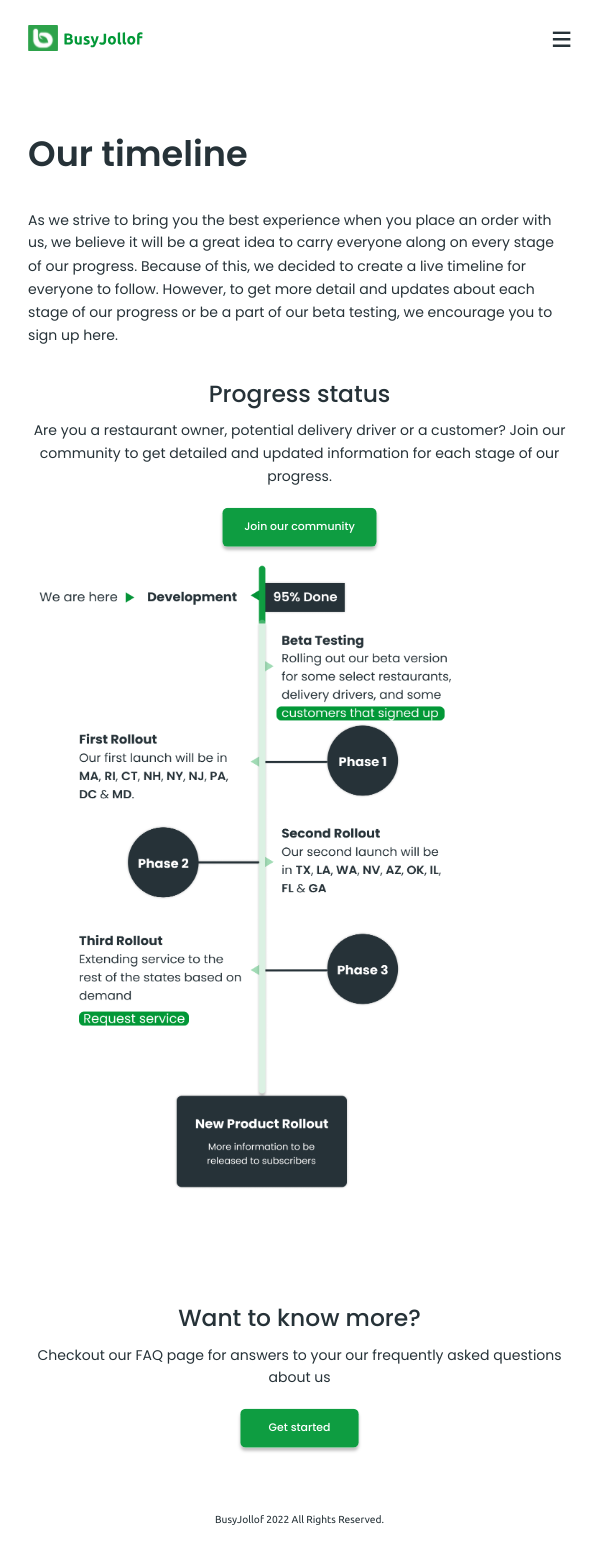
Repository: Busy-Jollof/bjuser-landing-page
Page: timeline.html
These files come from the project's save history. The page is drawn as it stood at one moment and after the next save; the edit follows.
The browser window is 768 px wide. The pictures show the whole page, at 78% of full size.

Above is the page before, as saved 2023-02-05 18:25:18.

### timeline.html
<!DOCTYPE html>
<html lang="en">
  <head>
    <!-- Required meta tags -->
    <meta charset="utf-8" />
    <meta name="viewport" content="width=device-width, initial-scale=1" />

    <!-- Bootstrap CSS -->
    <link href="assets/css/bootstrap.min.css" rel="stylesheet" />
    <link href="assets/css/all.min.css" rel="stylesheet" />
    <link href="assets/css/fontawesome.css" rel="stylesheet" />
    <link href="assets/css/style.css" rel="stylesheet" />
    <link href="assets/css/responsive.css" rel="stylesheet" />

    <title>BusyJollof - Timeline</title>
  </head>

  <body>
    <!--------- Offcanvas area start --------->
    <div class="offcanvas-area">
      <div class="menu-close">
        <i class="far fa-times"></i>
      </div>
      <div class="offcanvas-menu">
        <div class="main-menu">
          <ul class="d-block">
            <li><a href="index.html">Home</a></li>
            <li><a href="about.html">About us</a></li>
            <li><a href="timeline.html" class="active">Our timeline</a></li>
            <li><a href="launch.html">Launch with us</a></li>
            <li><a href="contact.html">Contact us</a></li>
          </ul>
        </div>
      </div>
    </div>

    <div class="offcanvas-overlay"></div>
    <!--------- Offcanvas area end --------->

    <!--------- Header area start --------->
    <header class="header">
      <div class="container d-flex justify-content-between align-items-center">
        <div class="header__logo">
          <a href="index.html"><img src="assets/img/logo.svg" alt="" /></a>
        </div>
        <nav class="header__nav d-none d-lg-block">
          <ul class="m-0 p-0 d-flex align-items-center justify-content-end">
            <li><a href="index.html">Home</a></li>
            <li><a href="about.html">About us</a></li>
            <li><a href="timeline.html" class="active">Our timeline</a></li>
            <li><a href="launch.html">Launch with us</a></li>
            <li><a href="contact.html">Contact us</a></li>
          </ul>
        </nav>
        <!-- mobile-bar -->
        <div class="mobo-bar d-lg-none">
          <span class="bar">
            <img src="assets/img/bar.svg" alt="" />
          </span>
        </div>
        <!-- mobile-bar-end -->
      </div>
    </header>
    <!--------- Header area end --------->

    <!--------- Main area start --------->
    <main class="main">
      <!--------- Timeline area start --------->
      <section class="timeline--area content__area">
        <div class="container">
          <div class="content">
            <h3>Our timeline</h3>
            <p>
              As we strive to bring you the best experience when you place an
              order with us, we believe it will be a great idea to carry
              everyone along on every stage of our progress. Because of this, we
              decided to create a live timeline for everyone to follow. However,
              to get more detail and updates about each stage of our progress or
              be a part of our beta testing, we encourage you to sign up here.
            </p>
            <div class="content text-center pt-4">
              <h4>Progress status</h4>
              <div class="row justify-content-center">
                <div class="col-lg-9">
                  <p>
                    Are you a restaurant owner, potential delivery driver or a
                    customer? Join our community to get detailed and updated
                    information for each stage of our progress.
                  </p>
                </div>
              </div>
              <div class="content-btn">
                <a href="" class="common-btn">Join our community</a>
              </div>
            </div>

            <div class="timline-wrapper py-lg-5 py-4">
              <div
                class="
                  timeline-wrapp
                  d-flex
                  align-items-center
                  justify-content-center
                "
              >
                <img
                  src="assets/img/timeline-desktop2.png"
                  class="img-fluid d-none d-md-block"
                  alt=""
                />
                <img
                  src="assets/img/timeline-mobo.png"
                  class="img-fluid d-md-none"
                  alt=""
                />
              </div>
              <!-- timeline-item -->
              <!-- <div class="timeline-item">
                            <div class="timeline-content">
                                <p>First Rollout</p>
                                <p>Our first launch will be in <strong>MA, RI, CT, NH, NY, NJ, PA, DC & MD</strong>. <span class="mark">marktext</span> </p>
                            </div>
                            <div class="timeline-ind">
                                <span class="ind-line"></span>
                                <div class="ind-circle">
                                    Phase 1
                                </div>
                            </div>
                        </div> -->
              <!-- timeline-item-end -->
            </div>
          </div>
        </div>
      </section>
      <!--------- Timeline area end --------->

      <!--------- CTA area start --------->
      <section class="cta__area">
        <div class="container">
          <div class="content text-center">
            <h4>Want to know more?</h4>
            <p>
              Checkout our FAQ page for answers to your our frequently asked
              questions about us
            </p>
            <div class="content-btn">
              <a href="" class="common-btn"
                ><span class="px-2">Get started</span></a
              >
            </div>
          </div>
        </div>
      </section>
      <!--------- CTA area end --------->
    </main>
    <!--------- Main area end --------->

    <!--------- Footer area start --------->
    <footer class="footer">
      <div class="container">
        <div class="copyright">BusyJollof 2022 All Rights Reserved.</div>
      </div>
    </footer>
    <!--------- Footer area end --------->

    <script src="assets/js/jquery.min.js"></script>
    <script src="assets/js/bootstrap.min.js"></script>
    <script src="assets/js/popper.js"></script>
    <script src="assets/js/main.js"></script>
    <script></script>
  </body>
</html>

### assets/css/style.css
/* Base CSS */
@import url('https://fonts.googleapis.com/css2?family=Poppins:wght@300;400;500;600;700&family=Ubuntu:wght@300;400;500;700&display=swap');

.alignleft {
    float: left;
    margin-right: 15px;
}

.alignright {
    float: right;
    margin-left: 15px;
}

.aligncenter {
    display: block;
    margin: 0 auto 15px;
}

a:focus {
    outline: 0 solid
}

img {
    max-width: 100%;
    height: auto;
}

h1, h2, h3, h4, h5, h6 {
    margin: 0 0 15px;
    color: #263238;
    font-family: 'Ubuntu', sans-serif;
}

body {
    color: #263238;
    font-weight: 400;
    font-size: 18px;
    font-family: 'Poppins', sans-serif;
}

.selector-for-some-widget {
    box-sizing: content-box;
}

a:hover {
    text-decoration: none
}


/*---------------------- Header area start ----------------------*/

.menu-close {
    font-size: 22px;
    color: #3d424e;
    position: absolute;
    top: 18px;
    left: 19px;
    cursor: pointer;
    transition: .4s;
    display: none;
}

.menu-close:hover {
    color: #2AB66A;
}

.offcanvas-area {
    position: fixed;
    right: -100%;
    height: auto;
    width: 255px;
    background: #EBEBEB;
    z-index: 6;
    padding-top: 35px;
    -webkit-transition: .4s;
    transition: .4s;
    visibility: hidden;
    padding: 35px 35px 88px;
    border-radius: 4px;
}

.offcanvas-area.active {
    right: 0px;
    visibility: visible;
}

.offcanvas-area .main-menu ul li a {
    font-weight: 500;
    font-size: 15px;
    line-height: 22px;
    color: #263238;
    text-decoration: none;
    padding: 11px 0px;
    display: block;
}

.offcanvas-area .main-menu ul li a:hover, .offcanvas-area .main-menu ul li a[aria-expanded="true"] {
    color: #2AB66A;
}

.offcanvas-menu .main-menu ul {
    display: block;
    padding-left: 0;
    margin: 0;
    padding: 0;
    list-style: none;
}

.offcanvas-overlay {
    position: fixed;
    width: 100%;
    height: 100%;
    background-color: #000;
    opacity: 0;
    visibility: hidden;
    -webkit-transition: .4s;
    transition: .4s;
    z-index: 5;
}

.offcanvas-overlay.active {
    opacity: .9;
    visibility: visible;
}

.menu-open {
    font-size: 27px;
    color: #2AB66A;
    display: none;
    cursor: pointer;
    position: relative;
    top: 2px;
    margin-left: 20px;
    margin-right: 8px;
}

.offcanvas-menu .common-btn {
    font-size: 17px;
    padding: 9px 30px;
    border-radius: 12px;
}

.subb-menu {
    padding-left: 10px;
}

.offcanvas-area .main-menu .subb-menu a {
    font-size: 16px;
    margin: 0px;
    padding-left: 10px;
    margin-left: 26px;
    margin-bottom: 10px;
}

.offcanvas-area .main-menu .subb-menu a:last-child {
    margin-bottom: 20px;
}

.header {
    position: relative;
    padding: 32px 0;
    background: #fff;
    transition: .3s;
    z-index: 111;
}

.header__nav ul {
    list-style: none;
}

.header__nav ul li a {
    padding: 11px 20px;
    font-family: 'Poppins';
    font-style: normal;
    font-weight: 500;
    font-size: 14px;
    line-height: 1.13;
    text-align: center;
    transition: .3s;
    color: #000000;
    text-decoration: none;
    display: inline-block;
    margin-left: 12px;
    border-radius: 7px;
}

.header__nav ul li a.active {
    color: #fff !important;
    background: #029837f2;
}

.header__nav ul li a:hover {
    color: #029837f2;
}

/*---------------------- Header area end ----------------------*/


/*---------------------- Hero area start ----------------------*/
.hero__wrapper {
    background: #263238;
    box-shadow: 0px 4px 4px rgba(0, 0, 0, 0.25);
    border-radius: 7px;
    color: #fff;
    overflow: hidden;
}

.hero__thumb {
    height: 100%;
}

.hero__thumb img {
    width: 100%;
    height: 100%;
    object-fit: cover;
    border-radius: 0 7px 7px 0;
}

.hero__wrapper .col-lg-5 {
    max-width: 47%;
    width: 47%;
}

.hero__wrapper .col-lg-7 {
    max-width: 53%;
    width: 53%;
}

.hero__content {
    max-width: 504px;
    margin: 0 auto;
}

.hero__content__wrapper {
    height: 100%;
    display: flex;
    align-items: center;
    justify-content: center;
}

.hero__content h6 {
    font-family: 'Poppins';
    font-style: normal;
    font-weight: 500;
    font-size: 18px;
    line-height: 1.1;
    text-align: start;
    color: #FFFFFF;
    margin-bottom: 9px;
}

.hero__content h2 {
    font-style: normal;
    font-weight: 700;
    font-size: 65px;
    line-height: 1;
    color: #FFFFFF;
    text-shadow: 0px 4px 4px rgba(0, 0, 0, 0.25);
    margin-bottom: 12px;
}

.hero__content h3 {
    font-family: 'Poppins';
    font-style: normal;
    font-weight: 600;
    font-size: 32px;
    line-height: 1.1;
    color: #E6E6E6;
    margin-bottom: 10px;
}

.hero__content h6 span {
    margin-right: 5px;
    position: relative;
    top: -1px;
}

.text-green {
    color: #029837F2 !important;
}

.text-yellow {
    color: #FE8200 !important;
}

.hero__content h5 {
    font-family: 'Poppins';
    font-style: normal;
    font-weight: 500;
    font-size: 20px;
    line-height: 1.2;
    color: #FFFFFF;
    margin-bottom: 32px;
}

.hero__content p {
    font-family: 'Poppins';
    font-style: normal;
    font-weight: 500;
    font-size: 14px;
    line-height: 21px;
    color: #FFFFFF;
    margin-bottom: 26px;
}

.common-btn {
    font-family: 'Poppins';
    font-style: normal;
    font-weight: 500;
    font-size: 14px;
    line-height: 1.13;
    text-align: center;
    color: #FFFFFF;
    transition: .3s;
    text-decoration: none;
    background: rgba(2, 152, 55, 0.95);
    box-shadow: 0px 4px 4px rgba(0, 0, 0, 0.25);
    border-radius: 7px;
    display: inline-block;
    padding: 15px 26px;
    border: 2px solid transparent;
}
.common-btn.common-btn-lg{
    font-size: 18px;
    font-weight: 600;
    padding: 14px 50px;
}

.common-btn.btn-bordered {
    background: #FFFFFF;
    border: 2px solid #029837f2;
    box-shadow: 0px 4px 4px rgba(0, 0, 0, 0.25);
    border-radius: 7px;
    color: #029837f2;
}

.common-btn:hover {
    background: #263238;
    color: #fff;
}

.common-btn.btn-bordered:hover {
    background-color: #029837f2;
    color: #fff;
}

.hero__btns a {
    margin-right: 19px;
}

.common-btn.hover-white:hover {
    background-color: #fff;
    color: #263238;
}

/*---------------------- Hero area end ----------------------*/


/*---------------------- Working area start ----------------------*/
.working__area {
    padding: 110px 0;
}

.working__wrapper {
    background: radial-gradient(12.31% 45.25% at 53.44% 54.75%, rgba(2, 53, 20, 0.2) 7.81%, rgba(2, 152, 55, 0.138) 100%);
    box-shadow: 0px 0px 4px rgba(0, 0, 0, 0.25);
    border-radius: 7px;
    margin-left: 15px;
}

.working__content {
    max-width: 430px;
}

.common-content h4 {
    font-family: 'Poppins';
    font-style: normal;
    font-weight: 600;
    font-size: 23px;
    line-height: 1.1;
    color: #263238;
    margin-bottom: 10px;
}

.common-content p {
    font-weight: 500;
    font-size: 13px;
    line-height: 20px;
    color: #263238;
}

.common-content-btn {
    padding-top: 11px;
}

.common-btn.btn-dark {
    background: #263238;
}

.common-btn.btn-dark:hover {
    background: #039337;
    color: #fff;
    border-color: #039337;
}

.working__thumb {
    position: relative;
    z-index: 1;
    margin-top: -30px;
    margin-bottom: -30px;
    margin-left: -14px;
}

/*---------------------- Working area end ----------------------*/


/*---------------------- Launch area start ----------------------*/
.launch__wrapper {
    background: radial-gradient(53.47% 53.47% at 50.04% 46.53%, #263238 18.75%, rgba(38, 47, 56, 0.921026) 77.06%, rgba(38, 45, 56, 0.86) 100%);
    box-shadow: 0px 0px 4px rgba(0, 0, 0, 0.25);
    border-radius: 7px;
    padding: 72px 19px;
}

.launch__content {
    max-width: 520px;
    margin-left: auto;
    margin-right: 30px;
}

label.form-label{
    font-weight: 600;
    font-size: 18px;
    line-height: 27px;
    color: #263238;
}
label.form-label sup{
    color: #029837F2;
    top: 0px;
}

.fw-medium{
    font-weight: 500 !important;
}
input.form-control{
    border: 2px solid #029837F2;
    border-radius: 3px;
    box-shadow: none !important;
}
textarea.form-control{
    border: 2px solid #029837F2;
    border-radius: 3px;
    box-shadow: none !important;
    resize: none;
}
textarea.form-control:focus{
    border-color: #029837F2;
}
input.form-control:focus{
    border-color: #029837F2;
}
.check-item input{
    display: none;
}
.check-item input:checked ~ label span.check-ind{
    background: #029837;
}
.check-item label{
    display: flex;
    align-items: center;
    cursor: pointer;
}
.check-item label span.check-ind{
    flex: 0 0 auto;
    width: 15px;
    height: 15px;
    background: #FFFFFF;
    border: 2px solid rgba(2, 152, 55, 0.95);
    border-radius: 4px;
    margin-right: 10px;
    position: relative;
}
.check-item label span.check-ind::after
.check-item label span.check-text{
    font-weight: 500;
    font-size: 15px;
    line-height: 22px;
}
.check-item label span.check-text sup img{
    max-width: 100%;
}




.launch__form p{
    font-size: 15px !important;
}
.launch__form p.small {
    font-size: 12px !important;
    line-height: 18px;
}
.launch__form h5{
    font-weight: 600;
    font-size: 20px;
    line-height: 30px;
}
.launch__form h5 sup{
    color: #029837F2;
}
.launch__form{
    margin-bottom: 60px;
}





/*---------------------- Launch area end ----------------------*/


/*---------------------- Newsletter area start ----------------------*/
.newsletter__wrapper {
    background: #029837;
    box-shadow: 0px 4px 4px rgba(0, 0, 0, 0.25);
    border-radius: 7px;
    padding: 60px 20px;
    text-align: center;
    max-width: 690px;
    margin: 0 auto;
}

.newsletter__area {
    padding-top: 80px;
    padding-bottom: 60px;
}

.newsletter__box {
    max-width: 405px;
    margin: 0 auto;
}

.newsletter__box h5 {
    font-weight: 500;
    font-size: 18px;
    line-height: 1.1;
    text-align: center;
    color: #FFFFFF;
    margin-bottom: 10px;
}

.newsletter__box p {
    font-weight: 400;
    font-size: 13px;
    line-height: 1.6;
    text-align: center;
    color: #FFFFFF;
    margin-bottom: 22px;
}

.newsletter__form {
    max-width: 332px;
    margin: 0 auto;
    display: flex;
    align-items: center;
    justify-content: center;
}

.newsletter__form input {
    background: #DADADA;
    border-radius: 7px 0px 0px 7px;
    padding: 5px 15px;
    border: 0;
    outline: none;
    height: 42px;
    width: 100%;
    font-style: normal;
    font-weight: 400;
    font-size: 12px;
    line-height: 15px;
}

.newsletter__form .common-btn {
    font-weight: 500;
    font-size: 11px;
    line-height: 15px;
    height: 42px;
    border-radius: 0 5px 5px 0;
    padding: 0;
    width: 100px;
    border: 1px solid #263238 !important;
}

.newsletter__form .common-btn:hover {
    background: #dadada;
    color: #000;
}

/*---------------------- Newsletter area end ----------------------*/


/*---------------------- Content area start ----------------------*/
.content__area {
    padding: 75px 0;
}

.content h3 {
    font-family: 'Poppins';
    font-style: normal;
    font-weight: 600;
    font-size: 45px;
    line-height: 1.1;
    color: #263238;
    margin-bottom: 44px;
}

.content p {
    font-family: 'Poppins';
    font-style: normal;
    font-weight: 400;
    font-size: 18px;
    line-height: 1.65;
    color: #263238;
    margin-bottom: 20px;

    @media (max-width: 991px) {

    }
}

.about--area::after {
    clip-path: polygon(76% 0, 100% 66%, 68% 100%, 0 100%, 0 41%);
    position: absolute;
    bottom: 50px;
    left: 0;
    width: 100%;
    height: calc(100% - 120px);
    content: '';
    z-index: -1;
    background: rgba(2, 152, 55, 0.07);
    border-radius: 20px;
}

.about--area {
    position: relative;
    z-index: 1;
}

.content h4 {
    font-family: 'Poppins';
    font-style: normal;
    font-weight: 500;
    font-size: 30px;
    line-height: 1.1;
}

.content-btn {
    padding-top: 5px;
}

.cta__area {
    padding-top: 50px;
    padding-bottom: 140px;
}

.launch-icon {
    position: relative;
    max-width: 149px;
    margin-left: -75px;
    display: inline-block;
    top: -35px;
    height: 0;
    z-index: -1;
}

.faq__item h5 {
    font-family: 'Poppins';
    font-style: normal;
    font-weight: 700;
    font-size: 18px;
    line-height: 1.2;
    color: rgba(2, 152, 55, 0.95);
    margin-bottom: 10px;
}

.faq__item {
    padding-bottom: 15px;
}

.faq__item h5 span {
    color: #263238;
}

/*---------------------- Content area end ----------------------*/


/*---------------------- constat area start ----------------------*/
.contact-padding{
    padding: 40px 0px 150px;
}
.contact__wrapper h2{
    font-size: 45px;
    margin-bottom: 20px;
    font-family: 'Poppins';
    font-weight: 600;
}
.contact__wrapper p{
    font-size: 16px;
    font-weight: 500;
    margin-bottom: 20px;
}
.contact__form label.form-label{
    margin-bottom: 3px;
    font-size: 16px;

}
.contact__form .check-item label span.check-text{
    font-size: 15px;
    font-weight: 500;
}
.contact-inner {
    background-size: 64%;
    background-repeat: no-repeat;
    background-position: 113% 90px;
}
.contact-inner p.small{
    font-size: 12px;
    font-weight: 500;
}


/*---------------------- constat area end ----------------------*/





/*---------------------- Footer area start ----------------------*/
.footer {
    padding-bottom: 45px;
}

.copyright {

    font-family: 'Ubuntu';
    font-style: normal;
    font-weight: 400;
    font-size: 13.1125px;
    line-height: 14px;
    text-align: center;

    color: #263238;
}

/*---------------------- Footer area end ----------------------*/





/* -------------------------- timeline-start ------------------------------ */

.timline-wrapper{

}

.timeline-item{
    max-width: 500px;
    margin: 0 auto;
    display: flex;
    align-items: center;
}

.timeline-content{
    flex: 0 0 auto;
    width: 50%;
}
.timeline-ind{
    flex: 0 0 auto;
    width: 50%;
}


/* -------------------------- timeline-end ------------------------------ */

### assets/css/responsive.css
/* Normal desktop :1499px. */
@media (max-width: 1499px) {}

/* Normal desktop :1399px. */
@media (max-width: 1399px) {}

/* Normal desktop :1199px. */
@media (max-width: 1199px) {
.hero__content {
    max-width: 504px;
    margin: 0 auto;
    padding: 15px 20px;
}


}

/* Normal Tablate :991px. */
@media (max-width: 991px) {

    .hero__content {
        padding: 36px 20px;
    }
    .hero__content h2 {
        font-size: 40px;
    }
    .hero__content h3 {
        font-size: 22px;
    }
    .hero__content h6 {
        font-size: 14px;
    }
    .hero__content h6 span img {
        max-width: 20px;
    }
    .hero__wrapper .col-lg-5 {
        max-width: 40%;
        width: 40%;
    }
    .hero__wrapper .col-lg-7 {
        max-width: 60%;
        width: 60%;
    }

    .cta__area {
        padding-top: 50px;
        padding-bottom: 85px;
    }
    .contact-inner {
        background-image: none !important;
    }
    .contact-img {
        text-align: center;
    }
.contact-img img {
    max-width: 415px;
    margin: 0 auto;
    margin-left: -100px;
}


.content p {
    color red;
}



}

/* small mobile :320px. */
@media (max-width: 767px) {
.hero__wrapper .col-lg-7 {
    max-width: 100%;
    width: 100%;
}
.hero__wrapper .col-lg-5 {
    width: 40%;
    display: none;
}
.hero__content {
    padding: 99px 25px 80px;
}
.hero__wrapper {
    border-radius: 0px;
}
section.hero__area .container {
    padding: 0px 0px;
}

.hero__content h6 {
    font-size: 18px;
}
.hero__content h2 {
    font-size: 45px;
}
.hero__content h3 {
    font-size: 25px;
}
.hero__btns a {
    margin-right: 6px;
}
.working__area {
    padding: 0px;
}
section.working__area .container {
    padding: 0px;
}
.working__content {
    max-width: 100%;
    width: 100%;
}
.working__wrapper {
    border-radius: 0px;
    margin-left: 0px;
    background: #fff;
    box-shadow: none;
}
.working__thumb {
    max-width: 350px;
    margin: 0 auto;
    top: -40px;
}
.working__content {
    max-width: 100%;
    width: 100%;
    padding: 49px 30px 75px 30px;
    background: radial-gradient(42% 44.11% at 50% 50.14%, rgba(38, 50, 56, 0.2) 0%, rgba(2, 152, 55, 0.2) 83.85%);
}
section.launch__area .container {
    padding: 0px;
}
.launch__wrapper {
    background: radial-gradient(49.86% 49.86% at 52.78% 44.14%, rgba(38, 45, 56, 0.86) 0%, #263238 100%);
    box-shadow: 0px 0px 4px rgba(0, 0, 0, 0.25);
    border-radius: 0px;
    padding: 59px 36px 70px;
}
.launch__thumb {
    margin-bottom: 52px;
}
.newsletter__area {
    padding-top: 0px;
    padding-bottom: 40px;
}
section.newsletter__area .container {
    padding: 0px;
}
.newsletter__wrapper {
    border-radius: 0px;
}
.footer {
    padding-bottom: 34px;
}
.header {
    padding: 12px 0;
}
.content h3 {
    font-size: 27px;
    margin-bottom: 30px;
}
.content p {
    font-size: 14px;
    line-height: 21px;
    margin-bottom: 15px;
}
.content h4 {
    font-size: 20px;
}
.launch-icon {
    max-width: 66px;
    margin-left: -26px;
    top: -13px;
}
label.form-label {
    font-size: 16px;
    line-height: 20px;
    margin-bottom: 4px;
}
.launch__form p {
    font-size: 11px !important;
}
input.form-control.w-25 {
    width: 50% !important;
}
.launch__form h5 {
    font-size: 16px;
}
.check-item label span.check-text {
    font-size: 14px !important;
}
.launch__form {
    margin-bottom: 30px;
}
.faq__item h5 {
    font-size: 16px;
}
.contact-img img {
    max-width: 100%;
    margin: 0 auto;
    margin-left: -63px;
}
.contact__wrapper h2 {
    font-size: 27px;
    margin-bottom: 15px;
}
.contact__wrapper p {
    font-size: 14px;
    font-weight: 400;
    margin-bottom: 20px;
}

.contact-padding {
    padding: 40px 0px 50px;
}

















}



/* Large Mobile :480px. */
@media only screen and (min-width: 480px) and (max-width: 767px) {
    .container {
        width: 450px
    }

}

Loaded but not shown: assets/css/bootstrap.min.css (library); assets/css/all.min.css (library); assets/css/fontawesome.css (library); assets/js/jquery.min.js (library); assets/js/bootstrap.min.js (library); assets/js/popper.js (library); assets/js/main.js (77 lines, source omitted)

After the next save:
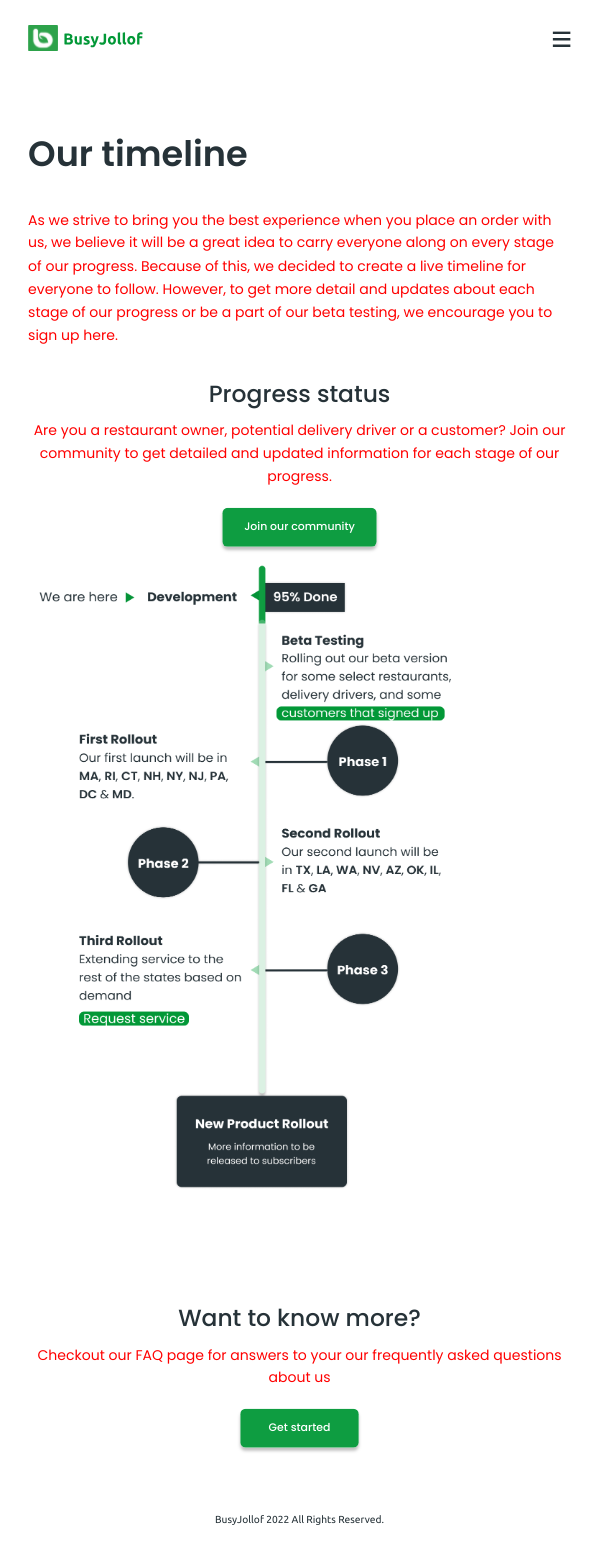
Saved 8 s later.
--- a/assets/css/responsive.css
+++ b/assets/css/responsive.css
@@ -60,7 +60,7 @@
 
 
 .content p {
-    color red;
+    color: red;
 }
 
 
